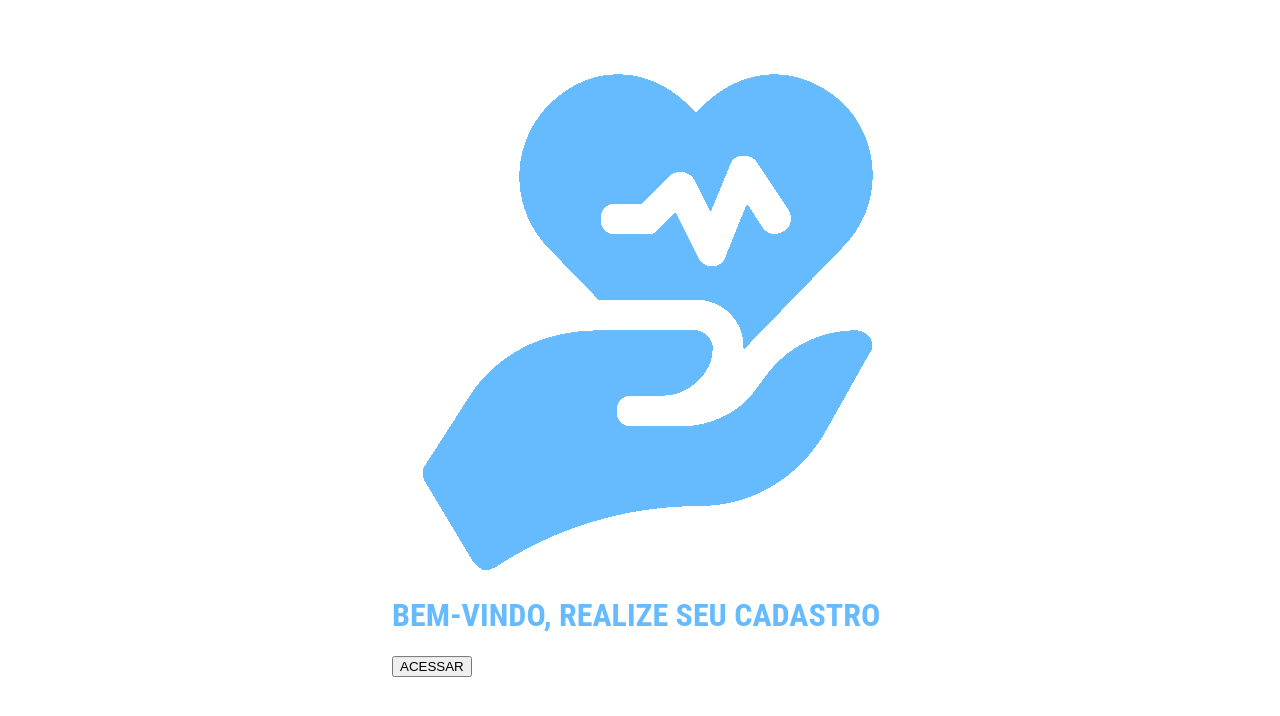
Repository: ohenriquesouza/HospitalCRUD-using-JavaEE
Page: JSP_test/src/main/webapp/index.html
The author's editor kept a copy of each file at every save. The page is drawn from the files as they stood at one save, then again after the next save.
The browser window is 1280 px wide. The pictures show the whole page.
Some web fonts or font styles are not loaded; a fallback is used.

Above is the page before, as saved 2022-12-26 20:06:17.

After the next save:
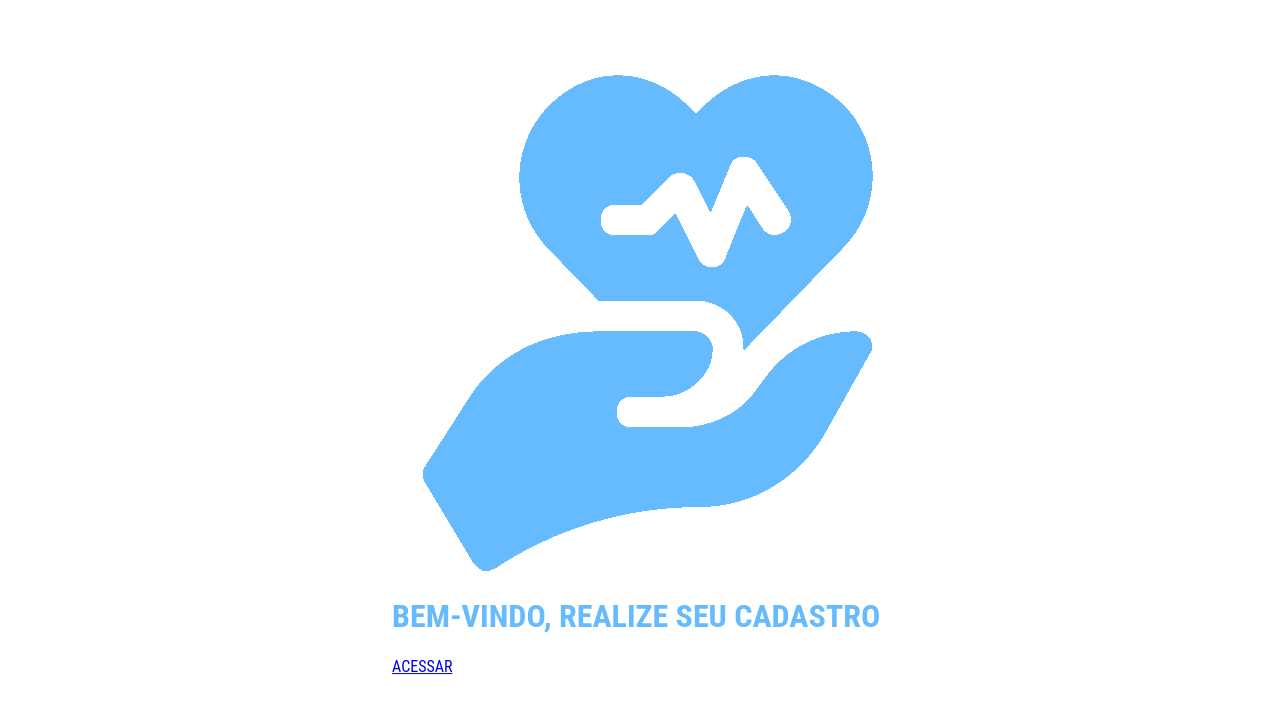
Saved 53 s later.
--- a/JSP_test/src/main/webapp/index.html
+++ b/JSP_test/src/main/webapp/index.html
@@ -11,6 +11,6 @@
     <body>
     	<img src="imgs/saudeicon.png">
       	<h1>BEM-VINDO, REALIZE SEU CADASTRO</h1>
-      	<a href="cadastro.html"><button>ACESSAR</button></a>
+      	<a href="cadastro.html">ACESSAR</a>
     </body>
 </html>
